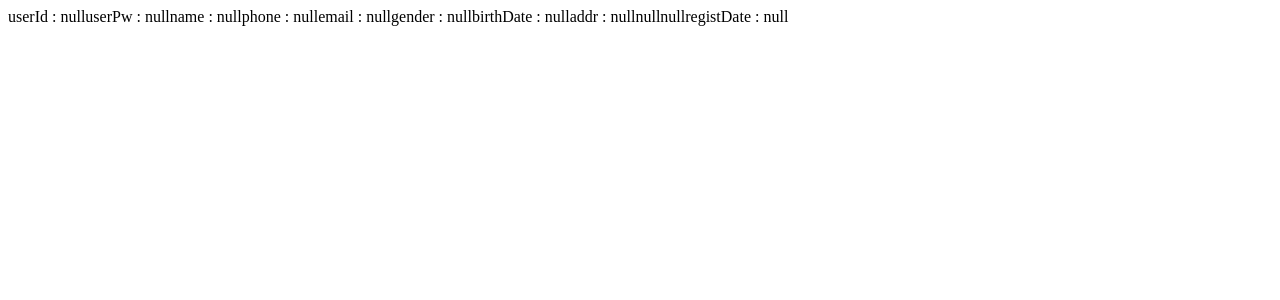
Repository: Pen-nek/Java_original
Page: http://localhost/JspBook/exaddmember/processAddMember.jsp
The author's editor kept a copy of each file at every save. The page is drawn from the files as they stood at one save, then again after the next save.
The browser window is 1280 px wide. The pictures show the whole page.
The page is served by Tomcat 9. Nobody is signed in. The application's start-up code is not run.

Above is the page before, as saved 2019-08-22 08:01:54.

After the next save:
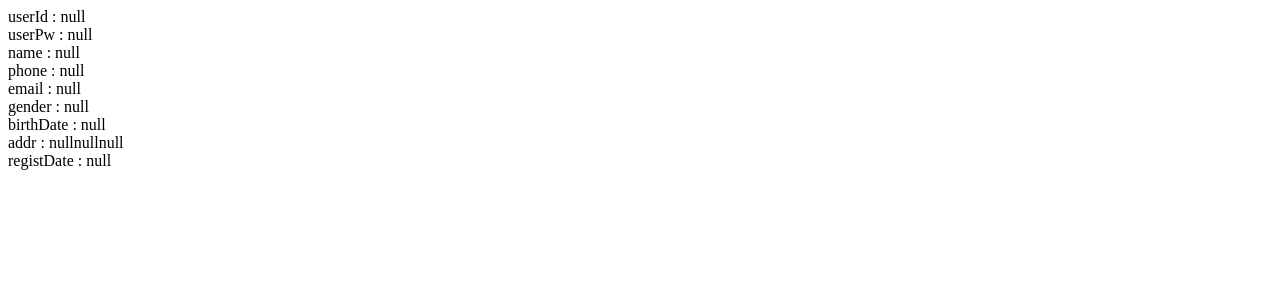
Saved 4 min 45 s later.
--- a/JspBook/WebContent/exaddmember/processAddMember.jsp
+++ b/JspBook/WebContent/exaddmember/processAddMember.jsp
@@ -17,13 +17,13 @@
 	String addr3 = request.getParameter("addr3");
 	String registDate = request.getParameter("registDate");
 
-	out.print("userId : " + userId);
-	out.print("userPw : " + userPw);
-	out.print("name : " + name);
-	out.print("phone : " + phone);
-	out.print("email : " + email);
-	out.print("gender : " + gender);
-	out.print("birthDate : " + birthDate);
-	out.print("addr : " + addr + addr2 + addr3);
-	out.print("registDate : " + registDate);
+	out.print("userId : " + userId + "<br>");
+	out.print("userPw : " + userPw + "<br>");
+	out.print("name : " + name + "<br>");
+	out.print("phone : " + phone + "<br>");
+	out.print("email : " + email + "<br>");
+	out.print("gender : " + gender + "<br>");
+	out.print("birthDate : " + birthDate + "<br>");
+	out.print("addr : " + addr + addr2 + addr3 + "<br>");
+	out.print("registDate : " + registDate + "<br>");
 %>
